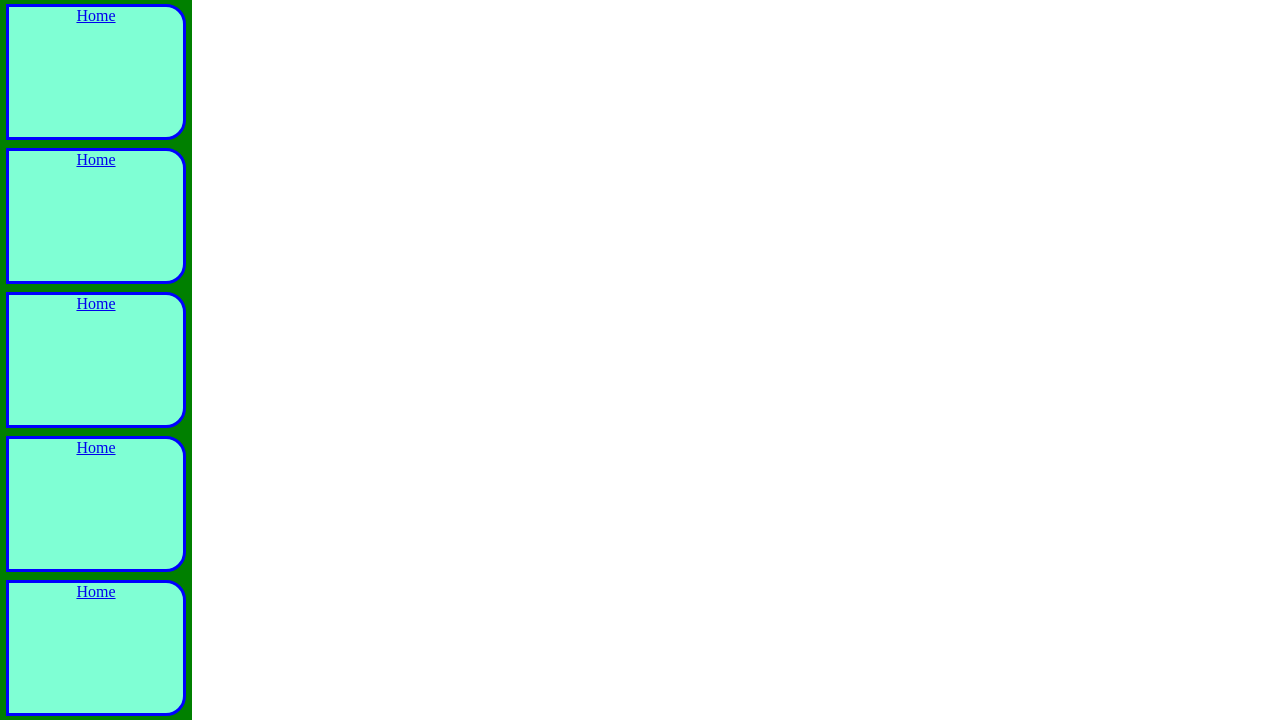
Repository: Tahaa2t/Researchers
Page: /
These files come from the project's save history. The page is drawn as it stood at one moment and after the next save; the edit follows.
The browser window is 1280 px wide. The pictures show the whole page.
The project was rebuilt for these pictures with package versions that can differ from the ones it lists, and the page was loaded fresh each time. Also part of the build but not shown: src/Components/HomePage.js.

Above is the page before, as saved 2023-07-05 21:01:55.

After the next save:
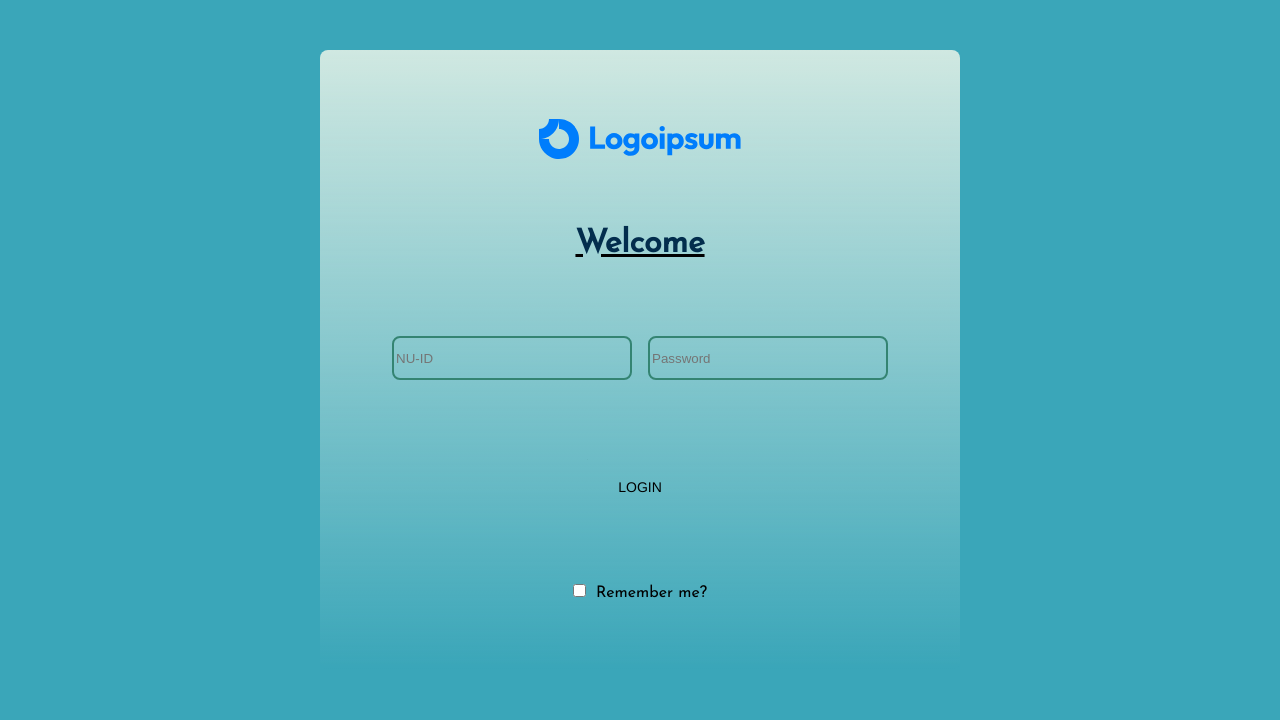
Saved 17 s later.
--- a/src/App.js
+++ b/src/App.js
@@ -17,8 +17,8 @@
   return (
     <div className="App">
 
-      {/* <LoginForm /> */}
-      <Navbar />
+      <LoginForm />
+      {/* <Navbar /> */}
       {/* <BrowserRouter>
         <Routes>
           <Route path="/" Component={<LoginForm />} />

After the 6 saves that followed:
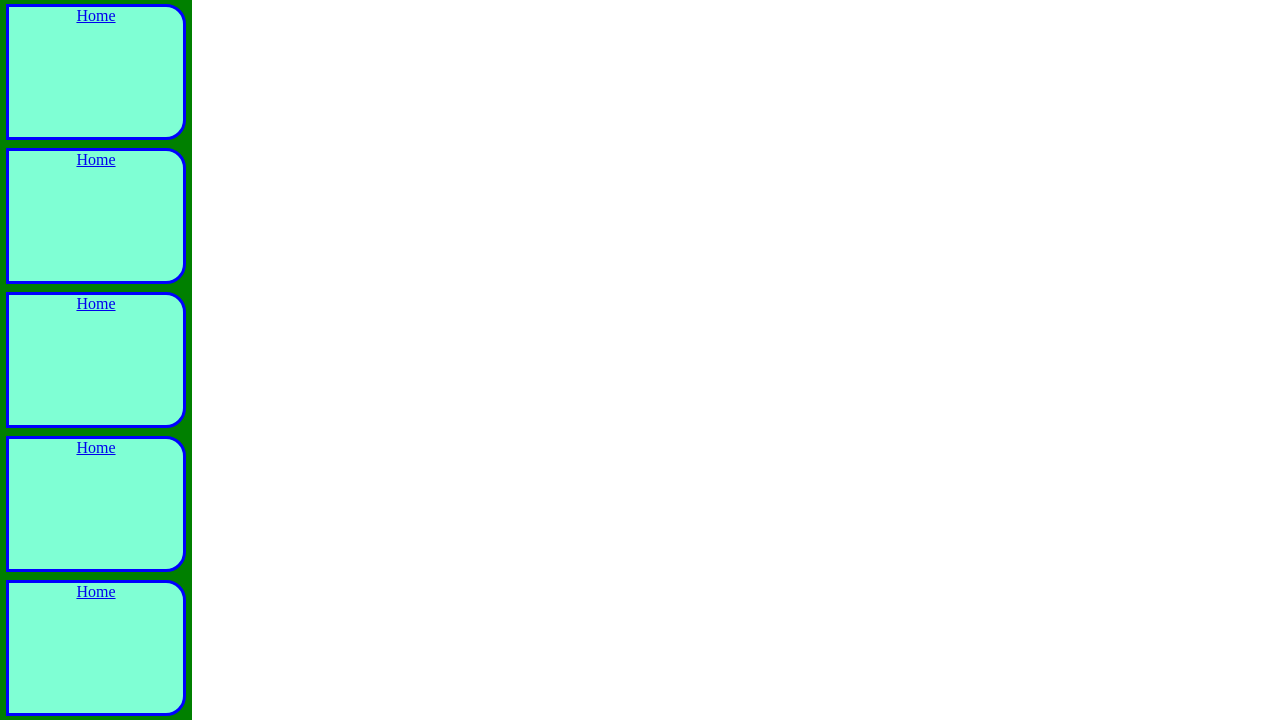
The 6 saves are shown as one change because 3 left the picture as it was and some came seconds apart.
The last was saved 2 min 50 s later.
--- a/src/App.js
+++ b/src/App.js
@@ -17,8 +17,8 @@
   return (
     <div className="App">
 
-      <LoginForm />
-      {/* <Navbar /> */}
+      {/* <LoginForm /> */}
+      <Navbar />
       {/* <BrowserRouter>
         <Routes>
           <Route path="/" Component={<LoginForm />} />
--- a/src/Components/css/navbarstyle.css
+++ b/src/Components/css/navbarstyle.css
@@ -16,6 +16,7 @@ nav {
 .btn {
   background-color: aquamarine;
   width: 94%;
+  height: auto;
   text-align: center;
   border-radius: 0px 20px 20px 0px;
   border: 3px solid blue;
